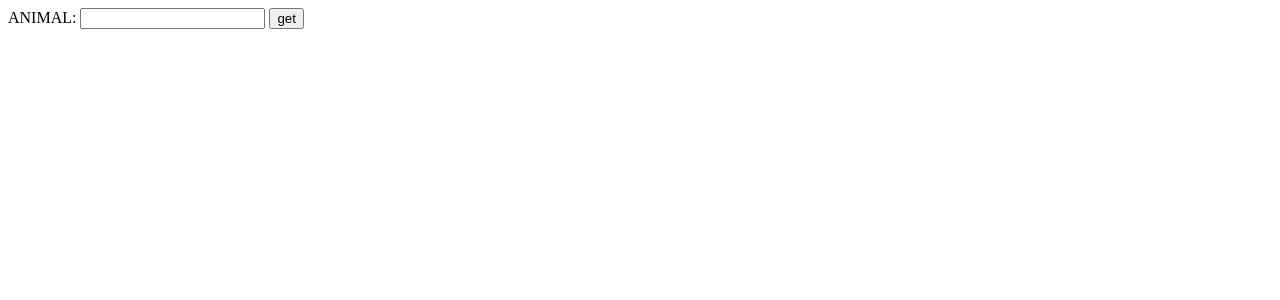
Repository: anushkammp/abc
Page: http://localhost/JSTLDemo/choose.jsp
These files come from the project's save history. The page is drawn as it stood at one moment and after the next save; the edit follows.
The browser window is 1280 px wide. The pictures show the whole page.
The page is served by Tomcat 9.

Above is the page before, as saved 2018-08-20 09:40:55.

After the next save:
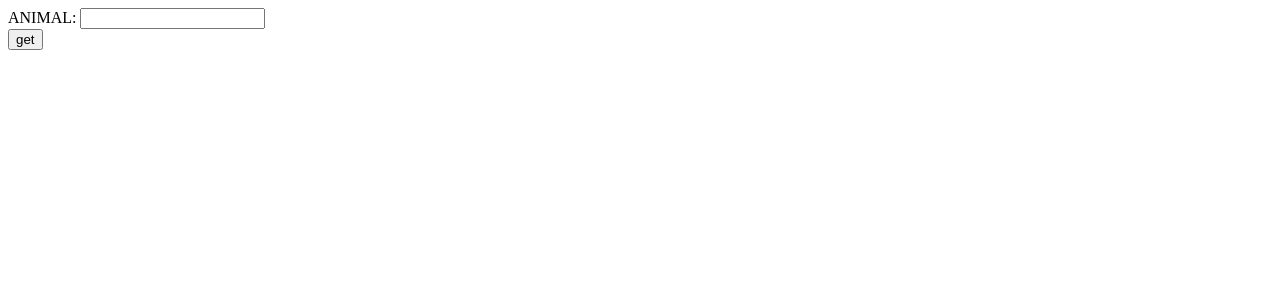
Saved 2 min 46 s later.
--- a/JSTLDemo/WebContent/choose.jsp
+++ b/JSTLDemo/WebContent/choose.jsp
@@ -9,7 +9,7 @@
 <body>
 
 <form action="animal.jsp">
-ANIMAL: 	<input type="text" name="animal">
+ANIMAL: 	<input type="text" name="animal"><br>
 		<input type="submit" value="get">
 
 </body>
